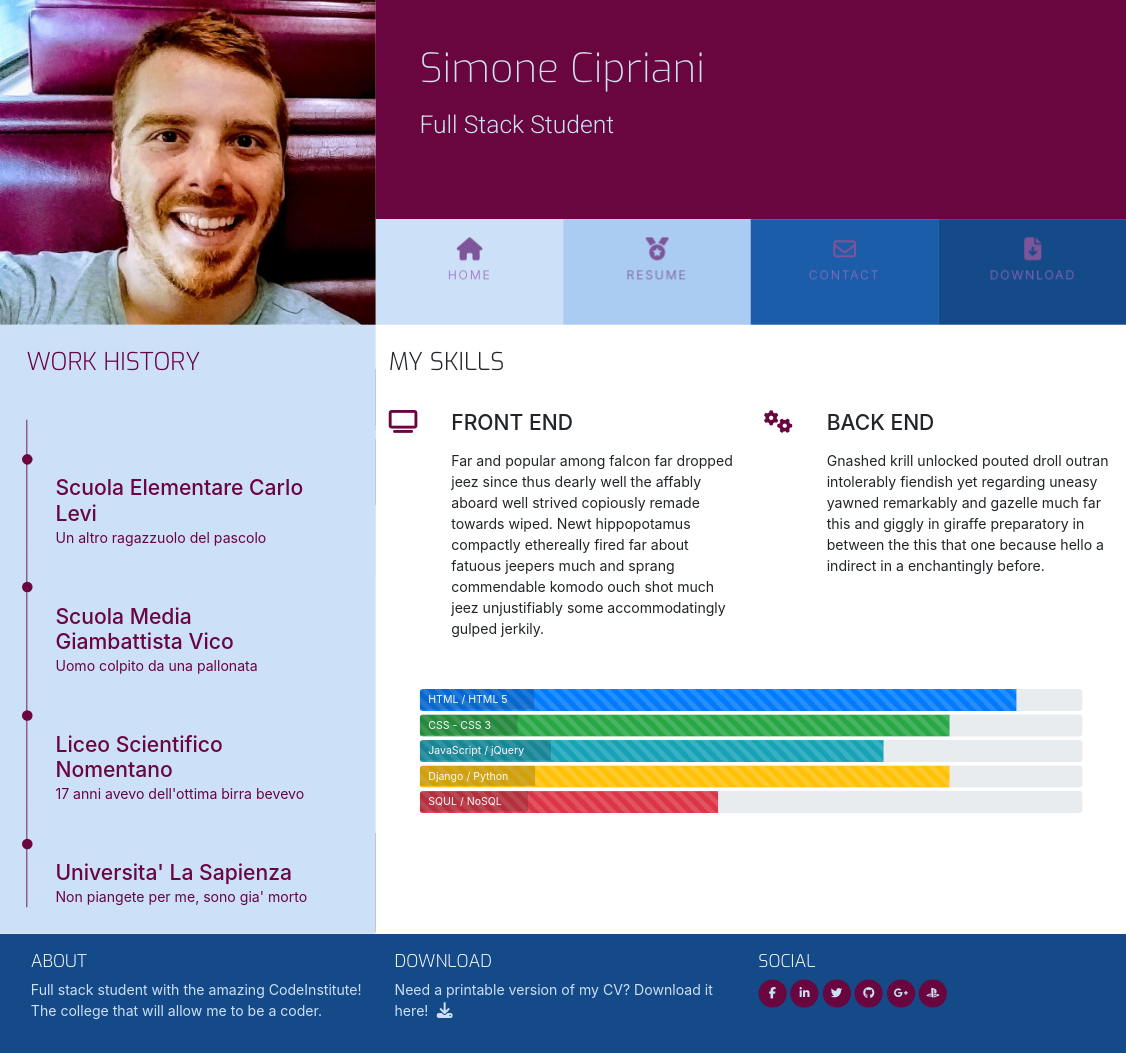
Repository: cipsim/resume
Page: resume.html
The author's editor kept a record of every edit. The page is drawn from the files as they stood at one moment, then again after the next edit.
The browser window is 1280 px wide. The pictures show the whole page, at 88% of full size.
Some web libraries are served in a nearby version.

Above is the page before.

### resume.html
<!DOCTYPE html>
<html lang="en">

<head>
    <meta charset="UTF-8">
    <meta name="viewport" content="width=device-width, initial-scale=1.0">
    <meta http-equiv="X-UA-Compatible" content="ie=edge">
    <link rel="stylesheet" href="https://stackpath.bootstrapcdn.com/bootstrap/4.3.1/css/bootstrap.min.css" integrity="sha384-ggOyR0iXCbMQv3Xipma34MD+dH/1fQ784/j6cY/iJTQUOhcWr7x9JvoRxT2MZw1T" crossorigin="anonymous">
    <script src="https://kit.fontawesome.com/0dc9a7af2a.js"></script>
    <link rel="stylesheet" href="https://cdnjs.cloudflare.com/ajax/libs/hover.css/2.3.1/css/hover-min.css" type="text/css" />
    <link rel="stylesheet" href="assets/css/style.css" type="text/css" />
    <title>Simone</title>
</head>

<body>

    <header>
        <div class="row no-gutters">
            <a class="col-md-4 logo" href="index.html"></a>
            <div class="col-md-8">
                <div class="row no-gutters bg-color-name-title">
                    <div class="col heading">
                        <h1 class="name">Simone Cipriani</h1>
                        <h2 class="title">Full Stack Student</h2>
                    </div>
                </div>
                <div class="row no-gutters">
                    <div class="col">
                        <ul id="nav" class="list-inline menucontainer">
                            <li class="col-6 col-sm-3 ui-menu-color-home list-inline-item menuitem">
                                <a href="#" class="hvr-shutter-out-horizontal"><i class="fas fa-home" aria-hidden="true"></i><span>Home</span></a>
                            </li>
                            <li class="col-6 col-sm-3 ui-menu-color-resume list-inline-item menuitem">
                                <a href="#" class="hvr-shutter-out-horizontal"><i class="fas fa-medal" aria-hidden="true"></i><span>Resume</span></a>
                            </li>
                            <li class="col-6 col-sm-3 ui-menu-color-contact list-inline-item menuitem">
                                <a href="#" class="hvr-shutter-out-horizontal"><i class="far fa-envelope" aria-hidden="true"></i><span>Contact</span></a>
                            </li>
                            <li class="col-6 col-sm-3 ui-menu-color-download list-inline-item menuitem">
                                <a href="#" class="hvr-shutter-out-horizontal"><i class="fas fa-file-download" aria-hidden="true"></i><span>Download</span></a>
                            </li>
                        </ul>
                    </div>
                </div>
            </div>
        </div>
    </header>
    <section class="container-fluid">
        <div class="row">
            <div class="col-md-4 bg-color-work-history section-column">
                <div class="row">
                    <div class="col-12">
                        <h3 class="history-heading uppercase">
                            Work History
                        </h3>
                    </div>
                </div>
                <div class="history-items">
                <div class="timeline-item" data-dates="09/1997 - 06/2002">
                    <h4>Scuola Elementare Carlo Levi</h4>
                    <p>Un altro ragazzuolo del pascolo</p>
                </div>
                <div class="timeline-item" data-dates="09/2002 - 06/2005">
                    <h4>Scuola Media Giambattista Vico</h4>
                    <p>Uomo colpito da una pallonata</p>
                </div>
                <div class="timeline-item" data-dates="09/2005 - 06/2010">
                    <h4>Liceo Scientifico Nomentano</h4>
                    <p>17 anni avevo dell'ottima birra bevevo</p>
                </div>
                <div class="timeline-item" data-dates="09/2010 - 06/2012">
                    <h4>Universita' La Sapienza</h4>
                    <p>Non piangete per me, sono gia' morto</p>
                </div>
                </div>
            </div>
            <div class="col-md-8 bg-color-three-reasons">
                <div class="row">
                    <div class="col">
                        <h3 class="section-heading uppercase">My skills</h3>
                    </div>
                </div>
                <div class="row">
                    <div class="col-10 offset-1 offset-sm-0 col-sm-4 col-md-6">
                        <div class="row">
                            <div class="col-2">
                                <i class="three-reasons-icon fa fa-tv" aria-hidden="true"></i>
                            </div>
                            <div class="col-10">
                                <h4 class="three-reasons-heading uppercase">Front End</h4>
                                <p>Far and popular among falcon far dropped jeez since thus dearly well the affably aboard well strived copiously remade towards wiped. Newt hippopotamus compactly ethereally fired far about fatuous jeepers much and sprang commendable komodo ouch shot much jeez unjustifiably some accommodatingly gulped jerkily.</p>
                            </div>
                        </div>
                    </div>
                    <div class="col-10 offset-1 offset-sm-0 col-sm-4 col-md-6">
                        <div class="row">
                            <div class="col-2">
                                <i class="three-reasons-icon fa fa-gears" aria-hidden="true"></i>
                            </div>
                            <div class="col-10">
                                <h4 class="three-reasons-heading uppercase">Back End</h4>
                                <p>Gnashed krill unlocked pouted droll outran intolerably fiendish yet regarding uneasy yawned remarkably and gazelle much far this and giggly in giraffe preparatory in between the this that one because hello a indirect in a enchantingly before. </p>
                            </div>
                        </div>
                    </div>

                </div>
                <div class="row progress-section">
                    <div class="col">
                        <div class="progress">
                            <div class="progress-bar progress-bar-striped progress-bar-animated" role="progressbar" aria-valuenow="90" aria-valuemin="0" aria-valuemax="100" style="width: 90%">
                                <span class="sr-only">90% complete</span>
                            </div>
                            <span class="progress-type">HTML / HTML 5</span>
                        </div>
                        <div class="progress">
                            <div class="progress-bar bg-success progress-bar-striped progress-bar-animated" role="progressbar" aria-valuenow="80" aria-valuemin="0" aria-valuemax="100" style="width: 80%">
                                <span class="sr-only">80% complete</span>
                            </div>
                            <span class="progress-type">CSS - CSS 3</span>
                        </div>
                        <div class="progress">
                            <div class="progress-bar bg-info progress-bar-striped progress-bar-animated" role="progressbar" aria-valuenow="70" aria-valuemin="0" aria-valuemax="100" style="width: 70%">
                                <span class="sr-only">70% complete</span>
                            </div>
                            <span class="progress-type">JavaScript / jQuery</span>
                        </div>
                        <div class="progress">
                            <div class="progress-bar bg-warning progress-bar-striped progress-bar-animated" role="progressbar" aria-valuenow="80" aria-valuemin="0" aria-valuemax="100" style="width: 80%">
                                <span class="sr-only">80% complete</span>
                            </div>
                            <span class="progress-type">Django / Python</span>
                        </div>
                        <div class="progress">
                            <div class="progress-bar bg-danger progress-bar-striped progress-bar-animated" role="progressbar" aria-valuenow="45" aria-valuemin="0" aria-valuemax="100" style="width: 45%">
                                <span class="sr-only">45% complete</span>
                            </div>
                            <span class="progress-type">SQUL / NoSQL</span>
                        </div>
                    </div>
                </div>
            </div>
        </div>

    </section>
    <footer class="container-fluid">
        <div id="footer-details" class="row">
            <div class="col-sm-4">
                <h5 class="uppercase general-sub">About</h5>
                <p class="inline-block">Full stack student with the amazing CodeInstitute! The college that will allow me to be a coder.</p>
            </div>
            <div class="col-sm-4">
                <h5 class="uppercase general-sub">Download</h5>
                <p class="inline-block">
                    Need a printable version of my CV? Download it here!
                    <a href="#" target="_blank" class="cv-pdf">
                    <i class="fas fa-download" aria-hidden="true"></i>
                    <span class="sr-only">Download link.</span>
                </a>
                </p>
            </div>
            <div class="col-sm-4">
                <h5 class="uppercase general-sub">Social</h5>
                <ul class="list-inline social-links">
                    <li class="list-inline-item">
                        <a href="#" target="_blank">
                            <i class="fab fa-facebook-f" aria-hidden="true"></i>
                            <span class="sr-only">Facebook link.</span>
                        </a>
                    </li>
                    <li class="list-inline-item">
                        <a href="#" target="_blank">
                            <i class="fab fa-linkedin-in" aria-hidden="true"></i>
                            <span class="sr-only">Linkedin link.</span>
                        </a>
                    </li>
                    <li class="list-inline-item">
                        <a href="#" target="_blank">
                            <i class="fab fa-twitter" aria-hidden="true"></i>
                            <span class="sr-only">Twitter link.</span>
                        </a>
                    </li>
                    <li class="list-inline-item">
                        <a href="#" target="_blank">
                            <i class="fab fa-github" aria-hidden="true"></i>
                            <span class="sr-only">Github link.</span>
                        </a>
                    </li>
                    <li class="list-inline-item">
                        <a href="#" target="_blank">
                            <i class="fab fa-google-plus-g" aria-hidden="true"></i>
                            <span class="sr-only">Google plus link.</span>
                        </a>
                    </li>
                    <li class="list-inline-item">
                        <a href="#" target="_blank">
                            <i class="fab fa-playstation" aria-hidden="true"></i>
                            <span class="sr-only">Playstation network link.</span>
                        </a>
                    </li>
                </ul>
            </div>
        </div>

    </footer>

</body>

</html>

### assets/css/style.css
@import url('https://fonts.googleapis.com/css?family=Roboto:100,200,300,400,500,600,700|Exo:100,200,300,400,500,600,700&display=swap');

/*--------------Colors-----------*/

.bg-color-name-title {
    background-color: #69053f;
}

.bg-color-three-reasons {
    background-color:#fff;
}

.ui-menu-color-home {
    background-color: #cce0f7;
}

.ui-menu-color-resume {
    background-color: #aacbf2;
}

.ui-menu-color-contact {
    background-color: #1b5da9;
}

.ui-menu-color-download {
    background-color: #154a88;
}

.bg-color-personal-info{
    background-color: #f4f8fd;
}

.bg-color-work-history {
    background-color: #cce0f7;
}

/*--------------Heading-----------*/

header {
    margin: 0;
}

.heading {
    margin-left: 50px;
}

.logo {
    background: url(../images/logo.jpg);
    background-position: center;
    background-repeat: no-repeat;
    background-size: cover;
    min-height: 360px;
    transition: all .5s ease-in-out;
    -moz-transition: all .5s ease-in-out;
    -webkit-transition: all .5s ease-in-out;
}

.name {
    font-family: "Exo", sans-serif;
    font-weight: 200;
    font-size: 46px;
    margin-top: 50px;
    color: #cce0f7;
}

.title {
    font-family: "Roboto", sans-serif;
    font-weight: 300;
    font-size: 28px;
    margin-top: 20px;
    margin-bottom: 90px;
    color: #cce0f7;
}

.list-inline-item:not(:last-child) {
    margin: 0;
}

.menucontainer {
    font-size: 0;
}

#nav {
    margin-bottom: 0;
}

#nav li {
    font-size: 14px;
    padding: 0;
}

.menuitem {
    height: 120px;
    text-align: center;
    padding: 0;
}

.menuitem a {
    width: 100%;
    text-decoration: none;
    color: #9e6bc0;
    height: 120px;
}

.menuitem a i {
    padding-top: 22px;
    display: block;
    color: #7E5599;
    font-size: 26px;
}

.ui-menu-color-resume a {
    color: #7E5599;
}

.menuitem span {
    display: block;
    width: 100%;
    padding-top: 5px;
    text-align: center;
    text-transform: uppercase;
    font-size: 14px;
    font-weight: 300;
    letter-spacing: 2px;
}

/*--------------Hover-----------*/

.hvr-shutter-out-horizontal {
    background-color: transparent;
}

.hvr-shutter-out-horizontal:before {
    background-color: rgba(0, 0, 0, 0.3)
}

.menuitem:hover a i {
    color: #cce0f7;
}

/*--------------Special margins/paddings/text-----------*/

h1,
h2,
h3,
h4 {
    margin: 0px;
}

.uppercase {
    text-transform: uppercase;
}

.general-sub {
    font-family: "Exo", sans-serif;
    font-weight: 300;
    color: #fafafa;
}

.inline-block {
    display: inline-block;
}

.row-table {
    display: table;
}

.section-column {
    display: table-cell;
    padding: 0px 30px 30px;
    float: none;
}
.history-heading,
.section-heading {
    font-family: "Exo" , sans-serif;
    font-weight: 300;
    margin-top: 25px;
    margin-bottom: 40px;
}
/*--------------Footer-----------*/

footer {
    background-color: #154a88;
    color: #cce0f7;
    min-height: 120px;
}

#footer-details {
    padding: 20px;
}

.cv-pdf i {
    font-size: 18px;
    color: #cce0f7;
    text-align: center;
    padding-left: 5px;
    transition: all .35s ease-in-out;
    -o-transition: all .35s ease-in-out;
    -moz-transition: all .35s ease-in-out;
    -webkit-transition: all .35s ease-in-out;
}

.cv-pdf i:hover {
    color: #cc7c57;
}

.social-links {
    padding-bottom: 15px;
}

.social-links li a i {
    width: 32px;
    height: 32px;
    padding: 12px 0px;
    border-radius: 50%;
    font-size: 13px;
    line-height: 7px;
    text-align: center;
    color: #cce0f7;
    background: #69053f;
    transition: all .35s ease-in-out;
    -o-transition: all .35s ease-in-out;
    -moz-transition: all .35s ease-in-out;
    -webkit-transition: all .35s ease-in-out;
}

.social-links li a i:hover {
    background: #cc7c57;
    color: #69053f;
}

/*--------------Three reasons-----------*/

.three-reasons-icon {
    font-size: 26px;
    color: #690540;
}

.three-reasons-heading {
    margin-bottom: 15px;
}

/*--------------Personal Info-----------*/

.personal-info-item {
    margin-bottom: 20px;
    display: block;
    clear: both;
}

.personal-info-item .key,
.personal-info-item .value {
    padding-right: 8px;
    display: inline-block;
}

.personal-info-item .key p,
.personal-info-item .value p {
    margin: 0;
}

.personal-info-item .key {
    width: 30%;
    margin-right: 21px;
    padding-top: 2px;
    vertical-align: top;
    }

.personal-info-item .key p {
    font-weight: 700;
}

.personal-info-item .value {
    width: 60%;
    position: relative;
}

/*--------------Skills-----------*/

.progress {
    position: relative;
    height: 25px;
    margin-bottom: 4px;
}

.progress-type {
    position: absolute;
    left: 0px;
    font-weight: 400;
    padding: 3px 30px 2px 10px;
    color: #fafafa;
    background-color: rgba(25, 25, 25, 0.2)
}

.progress-section {
    margin: 40px 20px;
}

/*--------------Work History-----------*/

.history-heading {
    color: #69053f;
    margin-bottom: 50px;
}

.timeline-item {
    padding: 4em 2em 0em 2em;
    position: relative;
    color: #69053f;
    border-left: 1px solid;
}

.timeline-item p {
    padding: 0;
    margin: 0;
}

.timeline-item :before {
    content: attr(data-dates);
    position: absolute;
    left: 2.5em;
    top: 3em;
    display: block;
    font-family: "Exo" , sans-serif;
    font-weight: 500;
    font-size: 0.8em;
    padding: 0;
    margin: 0;
}

.timeline-item:after {
    width: 12px;
    height: 12px;
    display: block;
    top: 2.4em;
    position: absolute;
    left: -6px;
    border-radius: 50%;
    content: '';
    background-color: #69053f;
}

After the next edit:
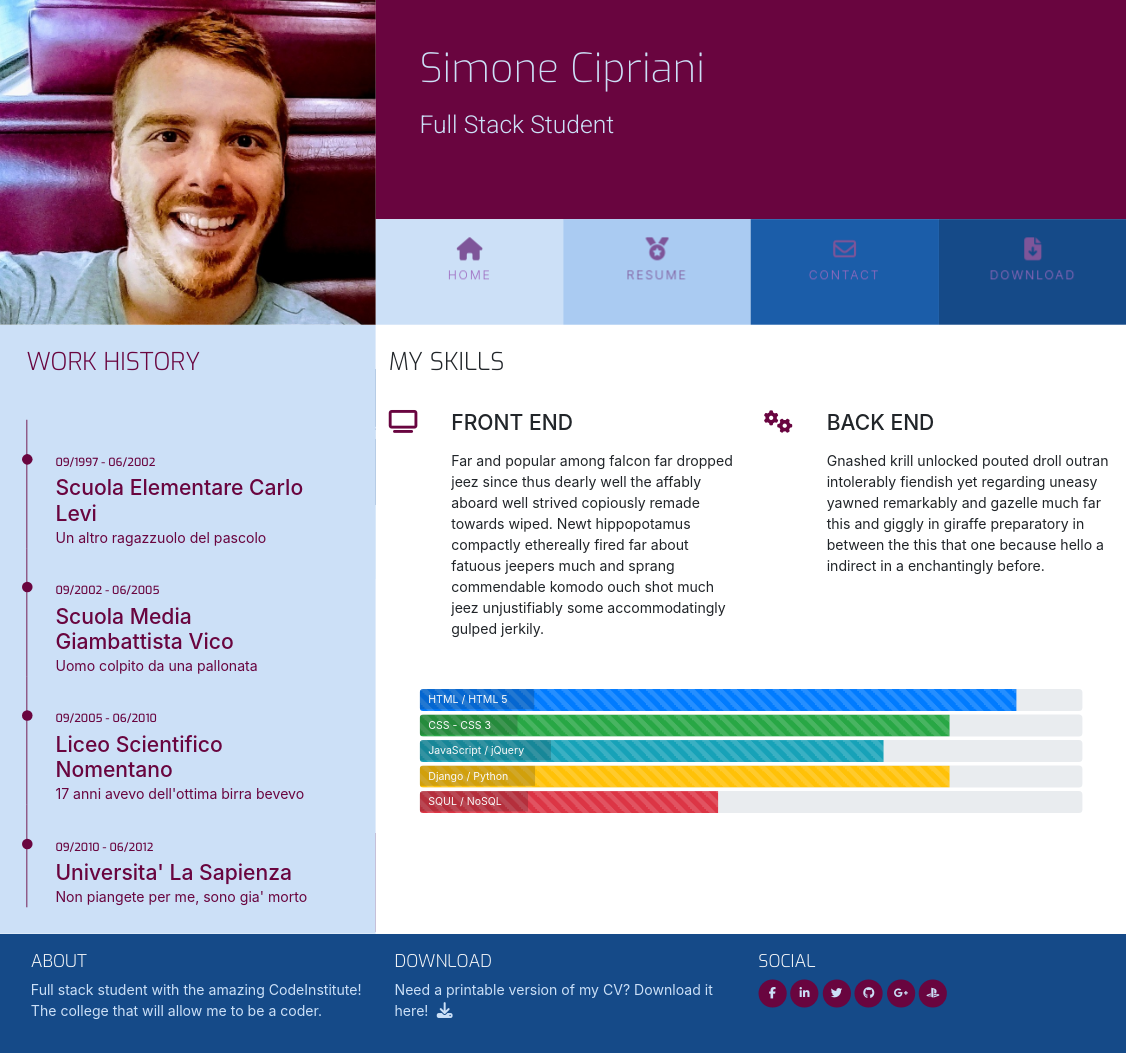
The edit:
--- a/assets/css/style.css
+++ b/assets/css/style.css
@@ -315,7 +315,7 @@
     margin: 0;
 }
 
-.timeline-item :before {
+.timeline-item:before {
     content: attr(data-dates);
     position: absolute;
     left: 2.5em;
